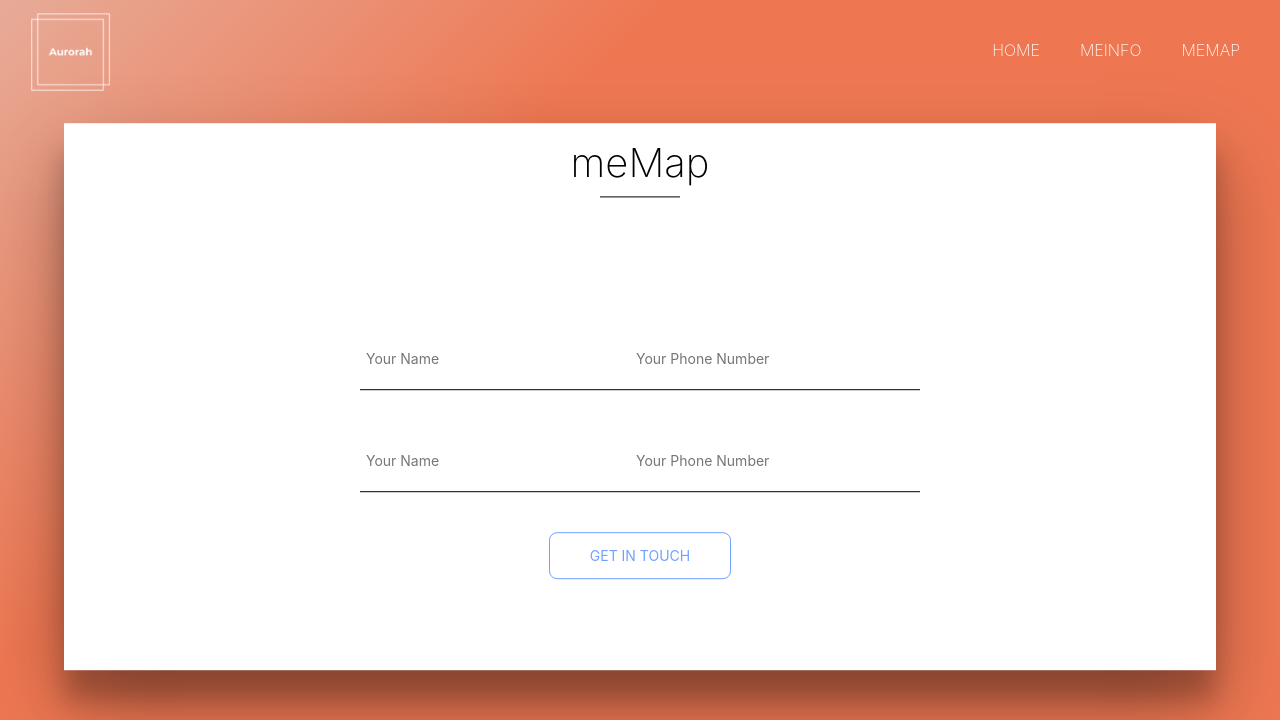
Repository: aasirvalji/saferMe
Page: /alt
The author's editor kept a copy of each file at every save. The page is drawn from the files as they stood at one save, then again after the next save.
The browser window is 1280 px wide. The pictures show the whole page.
The project was rebuilt for these pictures with package versions that can differ from the ones it lists, and the page was loaded fresh each time. Also part of the build but not shown: src/components/Landing.js, src/styles/Services.css, src/components/Services.js, src/styles/MapDisplay.css, src/mapStyles.js, src/components/MapDisplay.js, src/styles/AboutDisplay.css, src/components/AboutDisplay.js and 1 more.

Above is the page before, as saved 2020-02-15 12:52:05.

After the next save:
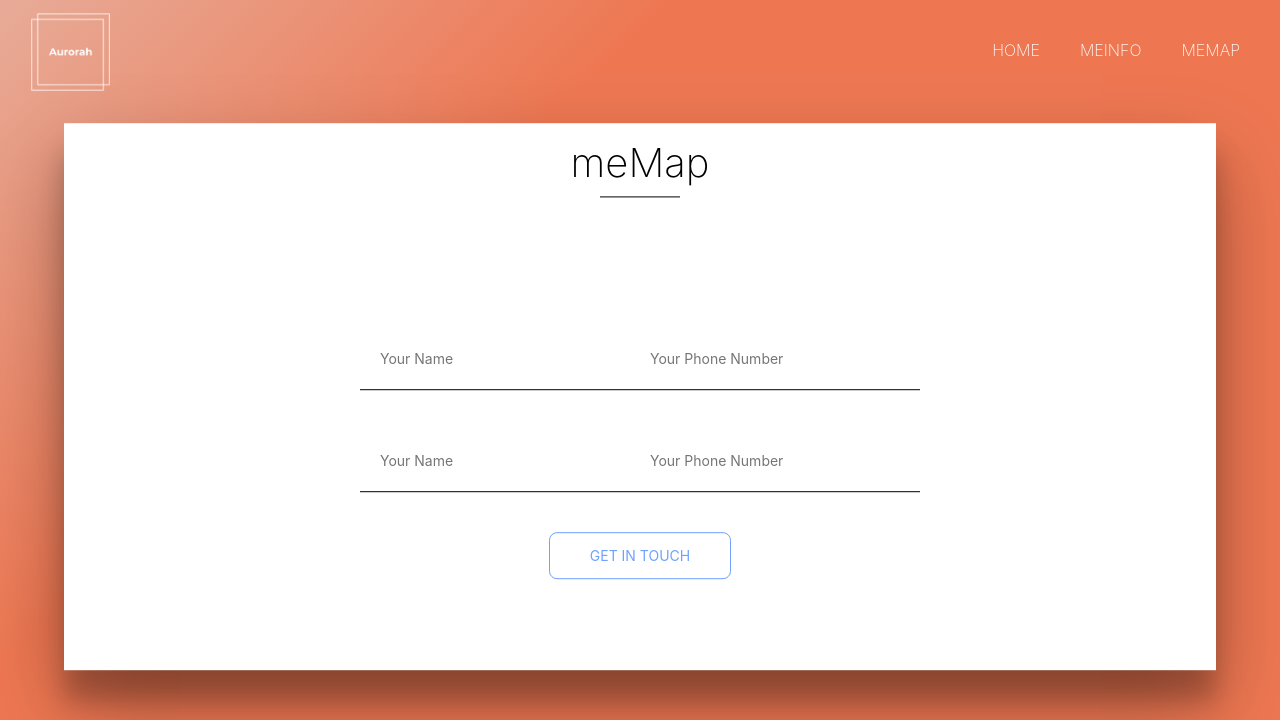
Saved 6 s later.
--- a/src/styles/AltDisplay.css
+++ b/src/styles/AltDisplay.css
@@ -149,7 +149,7 @@
     outline: none;
     border-bottom: 1px solid;
     color: #000000;
-    padding: 20px 6px;
+    padding: 20px 20px;
     font-size: 14px;
     margin-bottom: 40px;
   }

After the save that followed:
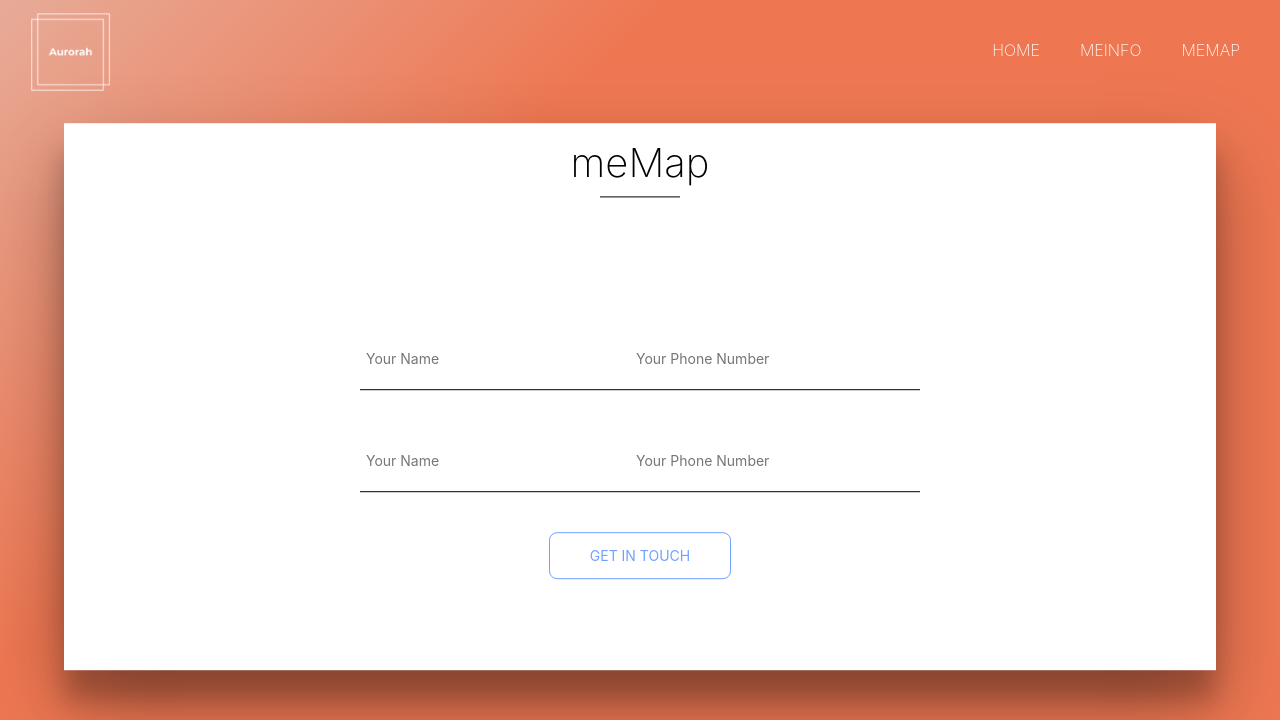
Saved 5 s later.
--- a/src/styles/AltDisplay.css
+++ b/src/styles/AltDisplay.css
@@ -149,7 +149,7 @@
     outline: none;
     border-bottom: 1px solid;
     color: #000000;
-    padding: 20px 20px;
+    padding: 20px 6px;
     font-size: 14px;
     margin-bottom: 40px;
   }
